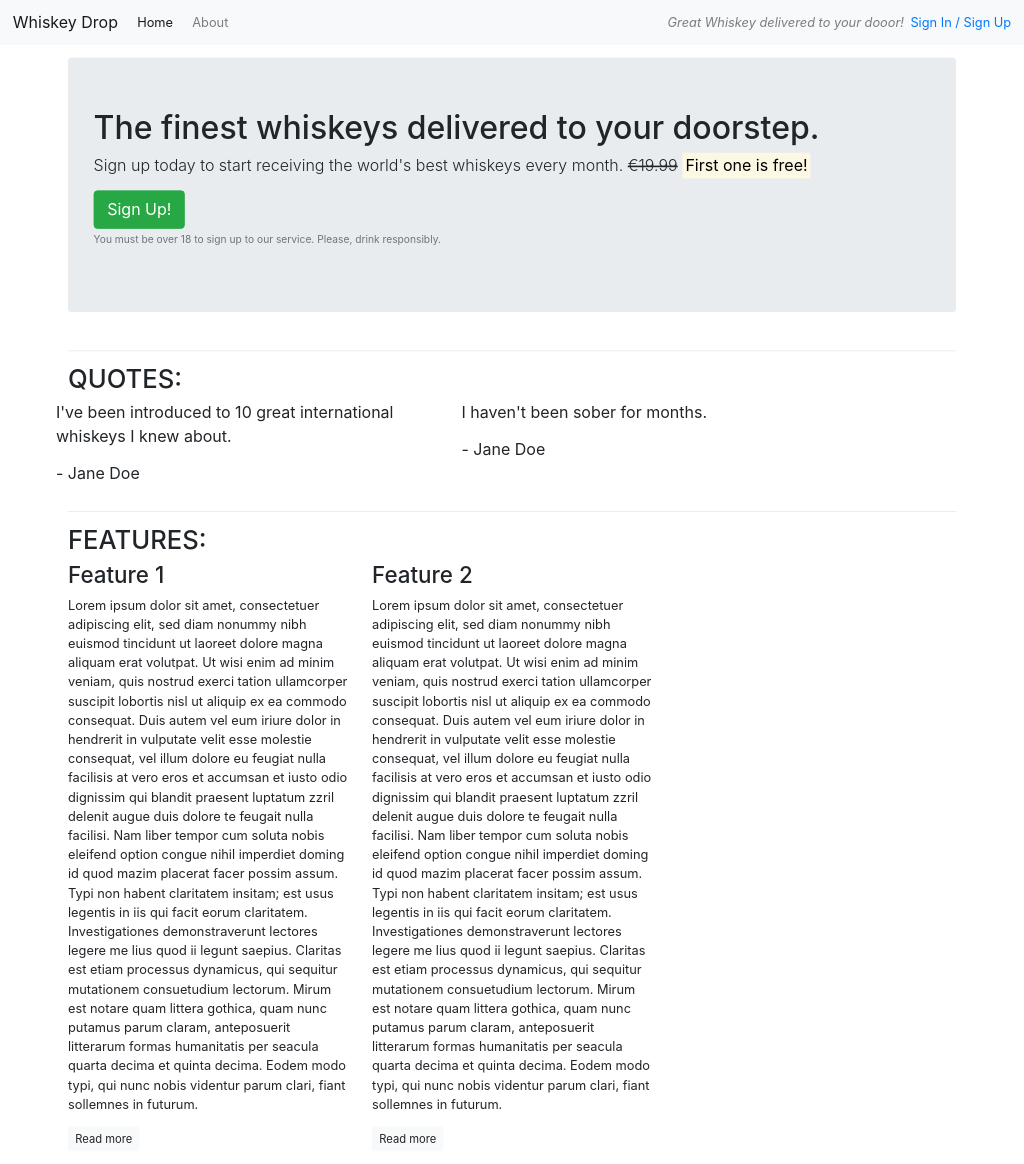
Repository: gpun10/bootstrap-sample
Page: index.html
The author's editor kept a record of every edit. The page is drawn from the files as they stood at one moment, then again after the next edit.
The browser window is 1280 px wide. The pictures show the whole page, at 80% of full size.

Above is the page before.
Console error: TypeError: Cannot read properties of undefined (reading 'fn')

After the next edit:
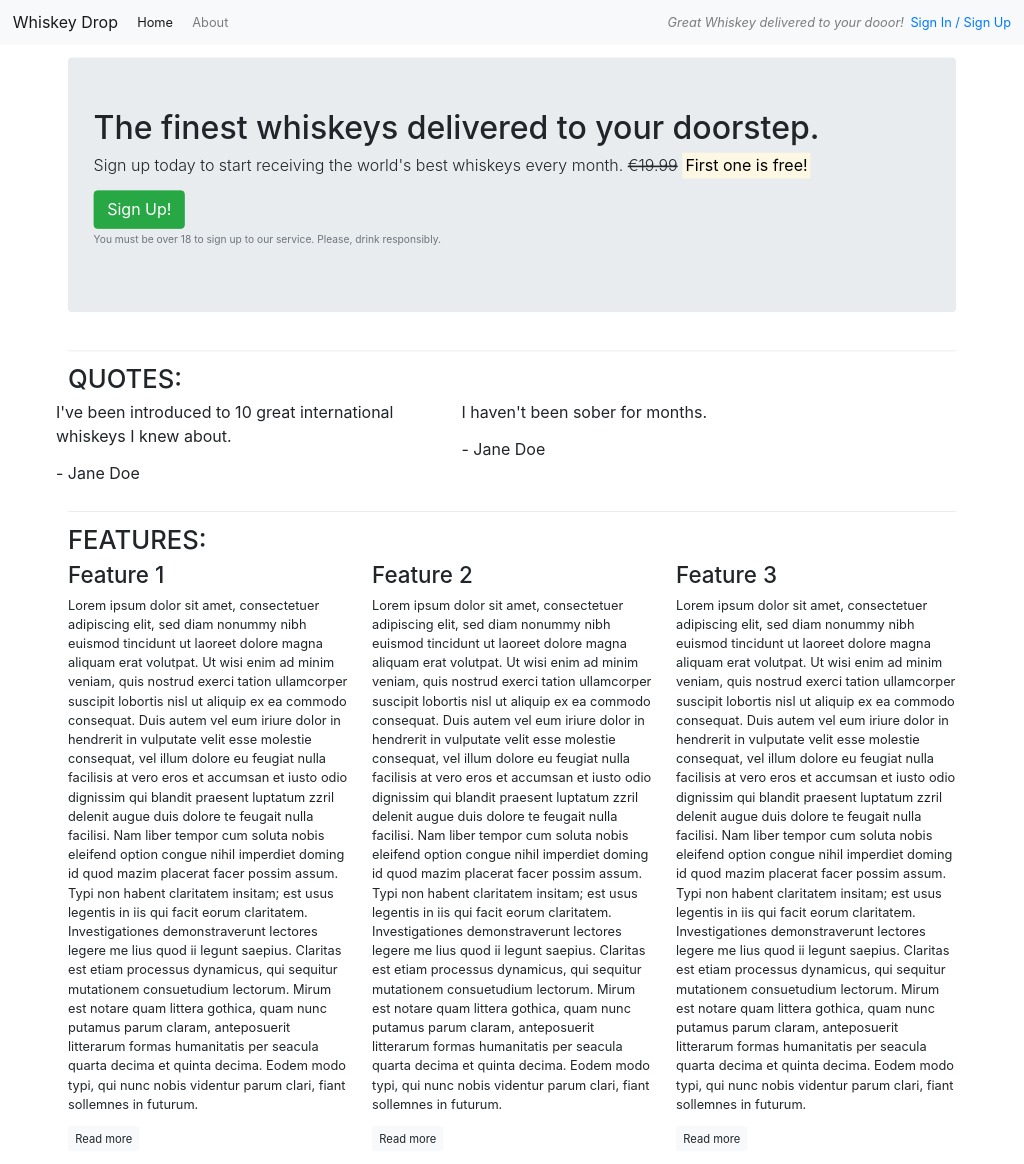
The edit:
--- a/index.html
+++ b/index.html
@@ -108,7 +108,7 @@
 					<p class="btn btn-sm btn-light">Read more</p>
 				</div>
 			</div>
-			<div class="col-12 d-md-none">
+			<div class="col-12 d-md-none d-lg-block col-lg-4">
 				<div class="feature">
 					<h3>Feature 3</h3>
 					<p>Lorem ipsum dolor sit amet, consectetuer adipiscing elit, sed diam nonummy nibh euismod tincidunt ut laoreet dolore magna aliquam erat volutpat. Ut wisi enim ad minim veniam, quis nostrud exerci tation ullamcorper suscipit lobortis nisl ut aliquip
